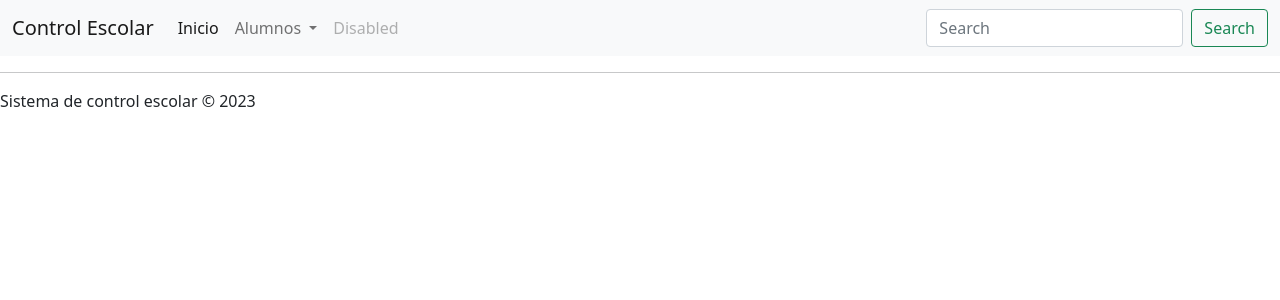
Repository: terrazasjuancarlos/cursoLaravel2-master
Page: http://localhost/alumnos
An editor plug-in stored every save of this project. The page is shown before and after the next save, followed by the edit.
The browser window is 1280 px wide. The pictures show the whole page.
The page is served by the project's Laravel application, run on PHP 8.4 with Laravel 10.

Above is the page before, as saved 2023-10-19 18:53:25.

After the next save:
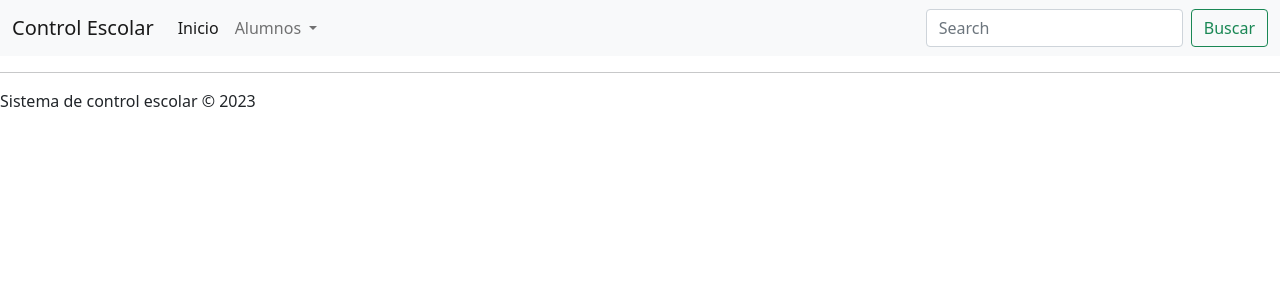
Saved 10 s later.
--- a/resources/views/master.blade.php
+++ b/resources/views/master.blade.php
@@ -32,13 +32,10 @@
                   <li><a class="dropdown-item" href="#">Ir al inicio</a></li>
                 </ul>
               </li>
-              <li class="nav-item">
-                <a class="nav-link disabled" href="#" tabindex="-1" aria-disabled="true">Disabled</a>
-              </li>
             </ul>
             <form class="d-flex">
               <input class="form-control me-2" type="search" placeholder="Search" aria-label="Search">
-              <button class="btn btn-outline-success" type="submit">Search</button>
+              <button class="btn btn-outline-success" type="submit">Buscar</button>
             </form>
           </div>
         </div>
